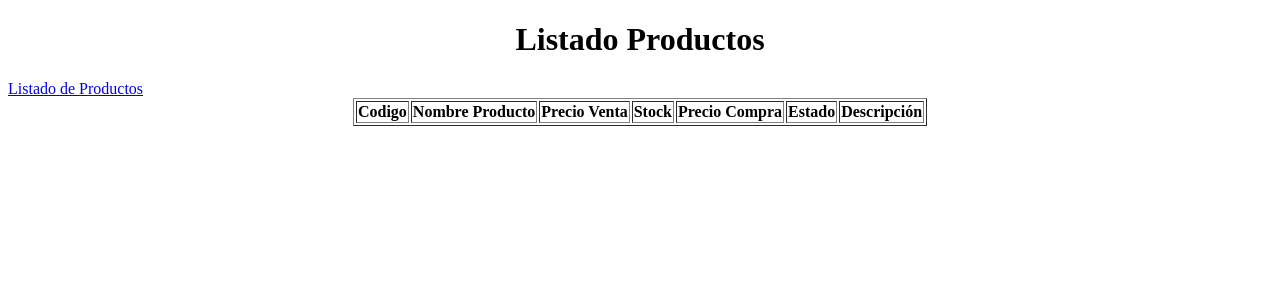
Repository: Kanzaki05/LPII_CL3_RICSECHONGSAHIR
Page: http://localhost/Vistas/Productos/ListadoProductos
These files come from the project's save history. The page is drawn as it stood at one moment and after the next save; the edit follows.
The browser window is 1280 px wide. The pictures show the whole page.
The page is this project's Thymeleaf template; nobody is signed in. The template is opened directly, without the code that normally fills it, so the values that code supplies are empty.

Above is the page before, as saved 2023-11-26 09:21:33.

### LPII_CL3_RICSECHONGSAHIR/src/main/resources/templates/Vistas/Productos/ListadoProductos.html
<!DOCTYPE html>
<html xmlns:th="https://www.thymeleaf.org">
<head>
    <title>Listado Productos</title>
</head>
<body>

    <h1 align="center">Listado Productos</h1>

	<a th:href="@{/ListadoProductos}">Listado de Productos</a>

    <table align="center" border="1">
        <thead>
            <tr>
                <th>Codigo</th>
                <th>Nombre Producto</th>
                <th>Precio Venta</th>
                <th>Stock</th>
                <th>Precio Compra</th>
                <th>Estado</th>
                <th>Descripción</th>
            </tr>
        </thead>
        <tbody>
            <tr th:each="p : ${ListadoProductos}">
                <td th:text="${p.idproductocl3}"></td>
				<td th:text="${p.nombrecl3}"></td>
				<td th:text="${p.precioventacl3}"></td>
				<td th:text="${p.stock}"></td>
				<td th:text="${p.preciocompcl3}"></td>
				<td th:text="${p.estadocl3}"></td>
				<td th:text="${p.descripcl3}"></td>
            </tr>
        </tbody>
    </table>

</body>
</html>

After the next save:
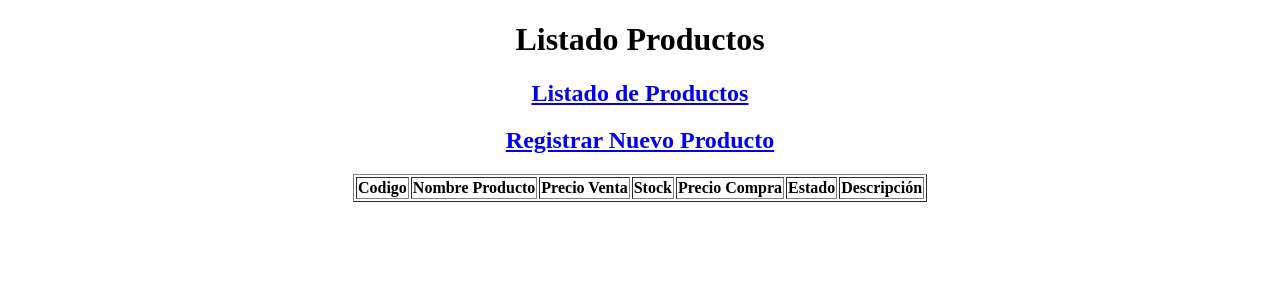
Saved 2 min 59 s later.
--- a/LPII_CL3_RICSECHONGSAHIR/src/main/resources/templates/Vistas/Productos/ListadoProductos.html
+++ b/LPII_CL3_RICSECHONGSAHIR/src/main/resources/templates/Vistas/Productos/ListadoProductos.html
@@ -7,7 +7,12 @@
 
     <h1 align="center">Listado Productos</h1>
 
-	<a th:href="@{/ListadoProductos}">Listado de Productos</a>
+	<h2 align="center">
+		<a th:href="@{/ListadoProductos}">Listado de Productos</a>
+	</h2>
+	<h2 align="center">
+		<a th:href="@{/Rproducto}">Registrar Nuevo Producto</a>
+	</h2>
 
     <table align="center" border="1">
         <thead>
